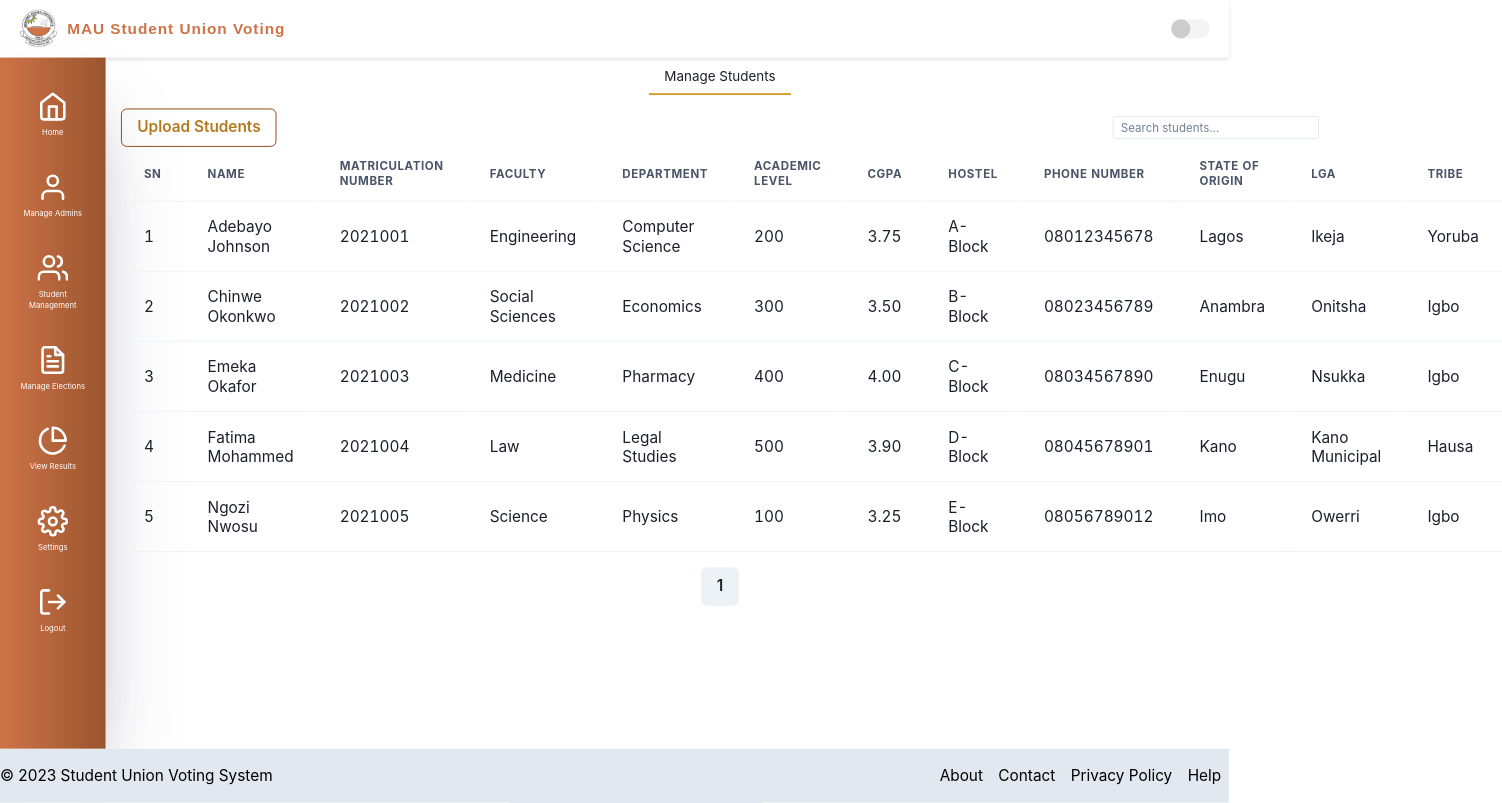
Repository: joena1o/e-vote
Page: /admin-dashboard/student-management
An editor plug-in stored every save of this project. The page is shown before and after the next save, followed by the edit.
The browser window is 1280 px wide. The page is 1565 px wide, then 1354 px, so the pictures cover 1565 px, including what lies to the right of the window. The pictures show the whole page, at 96% of full size.
The project was rebuilt for these pictures with package versions that can differ from the ones it lists, and the page was loaded fresh each time. Also part of the build but not shown: src/components/EnhancedLogin.js, src/components/maincontent/RegisterStudents/RegisterStudents.js, src/components/maincontent/ElectionResults/ViewResults.js, src/components/maincontent/ElectionResults/report.js, src/components/maincontent/ElectionResults/ViewElectionResults.js, src/components/maincontent/Settings/Settings.js, src/api/index.js, src/components/maincontent/home/Home.styles.js and 21 more.

Above is the page before, as saved 2023-12-13 11:47:07.

### src/index.js
import React from 'react';
import ReactDOM from 'react-dom/client';
import './index.css';
import App from './App';
import reportWebVitals from './reportWebVitals';
import Modal from 'react-modal';

// Set the app element for the modal for accessibility purposes
Modal.setAppElement('#root');

const root = ReactDOM.createRoot(document.getElementById('root'));
root.render(
  <React.StrictMode>
    <App />
  </React.StrictMode>
);

// If you want to start measuring performance in your app, pass a function
// to log results (for example: reportWebVitals(console.log))
// or send to an analytics endpoint. Learn more: https://bit.ly/CRA-vitals
reportWebVitals();

### src/App.js
import React from 'react';
import { BrowserRouter as Router, Routes, Route, Navigate } from 'react-router-dom';
import EnhancedLogin from './components/EnhancedLogin';
import AdminDashboard from './components/AdminDashboard';
import StudentDashboard from './components/StudentDashboard';
import { ChakraProvider, ColorModeProvider, Button, useColorMode } from '@chakra-ui/react';
import { Provider } from 'react-redux';
import store from './Redux/store';
import ElectionCommitteeDashboard from './components/maincontent/ElectionCommitteeDashboard';


// Component to toggle dark mode
function DarkModeToggle() {
  const { colorMode, toggleColorMode } = useColorMode();
  return (
    <Button onClick={toggleColorMode} position="fixed" m={4} zIndex={10}>
      Toggle {colorMode === 'light' ? 'Dark' : 'Light'}
    </Button>
  );
}

function App() {
  // Check if the current route is not the "/login" route, then render the DarkModeToggle
  // const isLoginPage = window.location.pathname === '/login';

  return (
    <Provider store={store}>
      <ChakraProvider>
        <ColorModeProvider options={{ useSystemColorMode: true }}>
          <Router>
            <Routes>
              {/* Define your routes */}
              <Route path="/login" element={<EnhancedLogin />} />
              <Route path="/admin-dashboard/*" element={<AdminDashboard />} />
              <Route path="/ElectionCommittee-dashboard/*" element={<ElectionCommitteeDashboard />} />
              <Route path='/student-dashboard/*' element={<StudentDashboard />} />
              {/* Redirect root to /admin-dashboard */}
              <Route path="/" element={<Navigate to="/admin-dashboard" replace />} />
            </Routes>
          </Router>
          {/* Render DarkModeToggle only if not on the "/login" page */}
          {/* {!isLoginPage && <DarkModeToggle />} */}
        </ColorModeProvider>
      </ChakraProvider>
    </Provider>
  );
}

export default App;

### src/components/AdminDashboard.js
// AdminDashboard.js
import React from 'react';
import { Routes, Route } from 'react-router-dom';
import StudentManagement from './maincontent/RegisterStudents/StudentManagement';
import ViewResults from './maincontent/ElectionResults/ViewElectionResults';
import Settings from './maincontent/Settings/Settings';
import Home from './maincontent/home/Home';
import ManageAdmin from './maincontent/ManageAdmins/ManageAdmins';
import ManageElections from './maincontent/ManageElections/ManageElections';
import Sidebar from './Sidebar';
import Navbar from './Navbar';
import Footer from './Footer';// Import the Footer component
import styled from 'styled-components';
import ElectionVotesLog from './maincontent/ElectionResults/report';


const Container = styled.div`
  display: flex;
  flex-direction: column;
  height: 100vh;
  width: 100%;
`;

const Content = styled.div`
  display: flex;
  flex: 1;
`;

const AdminDashboard = () => {
  return (
    <Container>
      <Navbar />
      <Content>
        <Sidebar />
        <Routes>
          <Route index element={<Home />} />
          <Route path="student-management" element={<StudentManagement />} />
          <Route path="view-results" element={<ViewResults />} />
          <Route path="settings" element={<Settings />} />
          <Route path="manage-admin" element={<ManageAdmin />} />
          <Route path="manage-elections" element={<ManageElections />} />
          <Route path="election-Results" element={<ElectionVotesLog />} />
        </Routes>
      </Content>
      <Footer />
    </Container>
  );
};

export default AdminDashboard;

### src/Redux/store.js
import { configureStore } from '@reduxjs/toolkit';
import electionReducer from './electionSlice';
import studentsReducer from './studentsSlice';
import candidatesReducer from './CandidateSlice'; // Import the candidates reducer

const store = configureStore({
  reducer: {
    elections: electionReducer,
    students: studentsReducer,
    candidates: candidatesReducer, // Add the candidates reducer here
  },
});

export default store;

### src/components/maincontent/RegisterStudents/StudentManagement.js
import React, { useState } from 'react';
import { Tabs, TabList, TabPanels, Tab, TabPanel, Box, Flex, Heading } from '@chakra-ui/react';
import ManageStudents from './ManageStudents';
import RegisterStudents from './RegisterStudents';

const StudentManagement = () => {
  const [activeTab, setActiveTab] = useState(0);

  const handleTabChange = (index) => {
    setActiveTab(index);
  };

  return (
    <Flex direction="column" align="center" w="100%" h="100vh"> {/* Set height to 100vh for full screen */}

      <Box w="100%" maxW="100%">
        <Tabs index={activeTab} onChange={handleTabChange} isLazy>
          <TabList display="flex" justifyContent="center" mx="auto" borderBottom="none">
            <Tab fontSize="sm" px={4} py={2} _selected={{ borderBottom: '2px solid', borderColor: 'yellow.500' }}>
              Manage Students
            </Tab>

          </TabList>
          <TabPanels>
            <TabPanel>
              <ManageStudents />
            </TabPanel>

          </TabPanels>
        </Tabs>
      </Box>
    </Flex>
  );
};

export default StudentManagement;

### src/components/Footer.js
import React from 'react';
import { Box, Flex, Text, Link } from '@chakra-ui/react';

const Footer = ({ colorMode }) => {
  const handleDownloadDocumentation = () => {

    const pdfUrl = '/path/to/your/documentation.pdf';

    //  anchor element that triggers  download
    const link = document.createElement('a');
    link.href = pdfUrl;
    link.download = 'documentation.pdf';
    link.click();
  };

    return (
      <Box as="footer" mt="auto" py={4} bg={colorMode === 'dark' ? 'gray.800' : 'gray.200'} color={colorMode === 'dark' ? 'white' : 'black'}>
        <Flex justify="space-between" align="center">
          <Text>&copy; 2023 Student Union Voting System</Text>
          <Flex>
            <Link mx={2} href="#about">
              About
            </Link>
            <Link mx={2} href="#contact">
              Contact
            </Link>
            <Link mx={2} href="#privacy">
              Privacy Policy
            </Link>
            <Link mx={2} onClick={handleDownloadDocumentation}>
              Help
            </Link>
          </Flex>
        </Flex>
      </Box>
    );
  };

  export default Footer;

### src/Redux/electionSlice.js
/*import { createSlice, createAsyncThunk } from '@reduxjs/toolkit';
import { API, graphqlOperation } from 'aws-amplify';
import { createElection as createElectionAPI } from '../graphql/mutations';

export const createElection = createAsyncThunk(
  'elections/createElection',
  async (election, { rejectWithValue }) => {
    try {
      const result = await API.graphql(graphqlOperation(createElectionAPI, { input: election }));
      return result.data.createElection;
    } catch (error) {
      return rejectWithValue(error);
    }
  }
);

const electionSlice = createSlice({
  name: 'elections',
  initialState: [],
  reducers: {},
  extraReducers: (builder) => {
    builder.addCase(createElection.fulfilled, (state, action) => {
      state.push(action.payload);
    });
  },
});

export default electionSlice.reducer;
*/

### src/Redux/studentsSlice.js
import { createSlice } from '@reduxjs/toolkit';

export const studentsSlice = createSlice({
  name: 'students',
  initialState: [],
  reducers: {
    addStudents: (state, action) => {
      // Add students to the Redux store
      action.payload.forEach(student => {
        state.push(student);
      });
    },
  },
});

export const { addStudents } = studentsSlice.actions;

export default studentsSlice.reducer;

### src/Redux/CandidateSlice.js

import { createSlice } from '@reduxjs/toolkit';

export const candidatesSlice = createSlice({
  name: 'candidates',
  initialState: [],
  reducers: {
    setCandidates: (state, action) => {
      return action.payload;
    },
  },
});

export const { setCandidates } = candidatesSlice.actions;
export default candidatesSlice.reducer;

### src/components/maincontent/RegisterStudents/ManageStudents.js
import React, { useEffect, useState } from 'react';
import { API } from 'aws-amplify';
import {
  Box,
  Table,
  Thead,
  Tbody,
  Tr,
  Th,
  Td,
  Input,
  useColorMode,
  Modal,
  ModalOverlay,
  ModalContent,
  ModalHeader,
  ModalFooter,
  ModalBody,
  ModalCloseButton,
  VStack,
  HStack,
  Button,
  ChakraProvider,
  SimpleGrid,
  Flex,
} from '@chakra-ui/react';
import { FiEye } from 'react-icons/fi';
import { toast } from 'react-toastify';
import 'react-toastify/dist/ReactToastify.css';

const ManageStudents = () => {
  const [students, setStudents] = useState([]);
  const [filteredStudents, setFilteredStudents] = useState([]);
  const [searchTerm, setSearchTerm] = useState('');
  const [sortField, setSortField] = useState(null);
  const [isModalOpen, setIsModalOpen] = useState(false);
  const [selectedFile, setSelectedFile] = useState(null);
  const [currentPage, setCurrentPage] = useState(1);
  const [studentsPerPage] = useState(5);

  const { colorMode } = useColorMode();

  const mockStudents = [
    {
      id: 1,
      name: 'Adebayo Johnson',
      matriculationNumber: '2021001',
      faculty: 'Engineering',
      department: 'Computer Science',
      level: '200',
      cgpa: '3.75',
      hostel: 'A-Block',
      phone: '08012345678',
      stateOfOrigin: 'Lagos',
      lga: 'Ikeja',
      tribe: 'Yoruba',
    },
    {
      id: 2,
      name: 'Chinwe Okonkwo',
      matriculationNumber: '2021002',
      faculty: 'Social Sciences',
      department: 'Economics',
      level: '300',
      cgpa: '3.50',
      hostel: 'B-Block',
      phone: '08023456789',
      stateOfOrigin: 'Anambra',
      lga: 'Onitsha',
      tribe: 'Igbo',
    },
    {
      id: 3,
      name: 'Emeka Okafor',
      matriculationNumber: '2021003',
      faculty: 'Medicine',
      department: 'Pharmacy',
      level: '400',
      cgpa: '4.00',
      hostel: 'C-Block',
      phone: '08034567890',
      stateOfOrigin: 'Enugu',
      lga: 'Nsukka',
      tribe: 'Igbo',
    },
    {
      id: 4,
      name: 'Fatima Mohammed',
      matriculationNumber: '2021004',
      faculty: 'Law',
      department: 'Legal Studies',
      level: '500',
      cgpa: '3.90',
      hostel: 'D-Block',
      phone: '08045678901',
      stateOfOrigin: 'Kano',
      lga: 'Kano Municipal',
      tribe: 'Hausa',
    },
    {
      id: 5,
      name: 'Ngozi Nwosu',
      matriculationNumber: '2021005',
      faculty: 'Science',
      department: 'Physics',
      level: '100',
      cgpa: '3.25',
      hostel: 'E-Block',
      phone: '08056789012',
      stateOfOrigin: 'Imo',
      lga: 'Owerri',
      tribe: 'Igbo',
    },
  ];

  const handleFileSelect = (e) => {
    const file = e.target.files[0];
    setSelectedFile(file);
  };

  const handleUpload = () => {
    if (!selectedFile) {
      toast.error('Please select a file before uploading.');
      return;
    }

    // Your file upload logic here

    toast.info('Students registered successfully!', { autoClose: 3000 });
  };

  useEffect(() => {
    // Fetch students from API
    const fetchStudents = async () => {
      try {
        // Replace 'yourApiName' and '/path-to-your-endpoint' with your actual API information
        const apiData = await API.get('yourApiName', '/path-to-your-endpoint');
        setStudents(apiData.students);
        setFilteredStudents(apiData.students);
      } catch (error) {
        console.error('Error fetching students:', error);
        toast.error('Failed to fetch students. Please try again.');
      }
    };

    // Uncomment the line below to fetch real data from the API
    // fetchStudents();

    // Use mock data for demonstration
    setStudents(mockStudents);
    setFilteredStudents(mockStudents);
  }, []);

  useEffect(() => {
    const results = students.filter((student) =>
      Object.values(student).some((value) =>
        value.toString().toLowerCase().includes(searchTerm.toLowerCase())
      )
    );
    if (!results.length) {
      toast.info('No students found.');
    }
    setFilteredStudents(results);
  }, [searchTerm, students]);

  const handleSort = (field) => {
    const sorted = [...filteredStudents].sort((a, b) =>
      a[field].toString().toLowerCase() > b[field].toString().toLowerCase() ? 1 : -1
    );
    setFilteredStudents(sorted);
    toast.info(`Sorted by ${field}.`);
  };

  const openModal = () => {
    setIsModalOpen(true);
  };

  const closeModal = () => {
    setIsModalOpen(false);
  };

  const indexOfLastStudent = currentPage * studentsPerPage;
  const indexOfFirstStudent = indexOfLastStudent - studentsPerPage;
  const currentStudents = filteredStudents.slice(indexOfFirstStudent, indexOfLastStudent);

  const paginate = (pageNumber) => setCurrentPage(pageNumber);

  return (
    <ChakraProvider>
      <Box>
        <HStack spacing={2} align="center" w="100">
          <Input
            type="file"
            accept=".csv"
            display="none"
            onChange={handleFileSelect}
            id="file-upload-input"
          />
          <label htmlFor="file-upload-input">
            <Button
              as="span"
              colorScheme="yellow"
              variant="ghost"
              border="1px solid #8B4513"
              onClick={handleUpload}
              cursor="pointer"
            >
              Upload Students
            </Button>
          </label>

          <Flex justifyContent="flex-end" flex="1">
            <Input
              type="text"
              placeholder="Search students..."
              value={searchTerm}
              onChange={(e) => setSearchTerm(e.target.value)}
              size="xs"
              ml="2"
              w="20%"
            />
          </Flex>
        </HStack>

        <Table variant="simple" fontFamily="body">
          <Thead>
            <Tr>
              <Th>SN</Th>
              <Th onClick={() => handleSort('name')}>Name</Th>
              <Th onClick={() => handleSort('matriculationNumber')}>Matriculation Number</Th>
              <Th onClick={() => handleSort('faculty')}>Faculty</Th>
              <Th onClick={() => handleSort('department')}>Department</Th>
              <Th onClick={() => handleSort('level')}>Academic Level</Th>
              <Th onClick={() => handleSort('cgpa')}>CGPA</Th>
              <Th onClick={() => handleSort('hostel')}>Hostel</Th>
              <Th onClick={() => handleSort('phone')}>Phone Number</Th>
              <Th onClick={() => handleSort('stateOfOrigin')}>State of Origin</Th>
              <Th onClick={() => handleSort('lga')}>LGA</Th>
              <Th onClick={() => handleSort('tribe')}>Tribe</Th>
            </Tr>
          </Thead>

          <Tbody>
            {currentStudents.map((student, index) => (
              <Tr key={student.id}>
                <Td>{indexOfFirstStudent + index + 1}</Td>
                <Td>{student.name}</Td>
                <Td>{student.matriculationNumber}</Td>
                <Td>{student.faculty}</Td>
                <Td>{student.department}</Td>
                <Td>{student.level}</Td>
                <Td>{student.cgpa}</Td>
                <Td>{student.hostel}</Td>
                <Td>{student.phone}</Td>
                <Td>{student.stateOfOrigin}</Td>
                <Td>{student.lga}</Td>
                <Td>{student.tribe}</Td>
              </Tr>
            ))}
          </Tbody>
        </Table>

        {/* Pagination */}
        <VStack mt={4}>
          <SimpleGrid columns={Math.ceil(filteredStudents.length / studentsPerPage)}>
            {Array.from({ length: Math.ceil(filteredStudents.length / studentsPerPage) }, (_, index) => (
              <Button key={index} onClick={() => paginate(index + 1)}>
                {index + 1}
              </Button>
            ))}
          </SimpleGrid>
        </VStack>

        <Modal isOpen={isModalOpen} onClose={closeModal} size="md">
          <ModalOverlay />
          <ModalContent>
            <ModalHeader>Manage Students</ModalHeader>
            <ModalCloseButton />
            <ModalBody>
              <VStack spacing={4}>
                <Box>
                  <h3>Student Details</h3>
                  {/* Include student details here */}
                </Box>
                <Box>
                  <h3>Actions</h3>
                  <Button colorScheme="blue" mr={3}>
                    Edit
                  </Button>
                  <Button colorScheme="red">Delete</Button>
                </Box>
              </VStack>
            </ModalBody>
            <ModalFooter>
              <Button colorScheme="yellow" onClick={closeModal}>
                Close
              </Button>
            </ModalFooter>
          </ModalContent>
        </Modal>
      </Box>
    </ChakraProvider>
  );
};

export default ManageStudents;

Loaded but not shown: public/index.html (common file); src/index.css (common file); src/reportWebVitals.js (common file); src/components/Sidebar.js (130 lines, source omitted); src/components/Navbar.js (92 lines, source omitted)

After the next save:
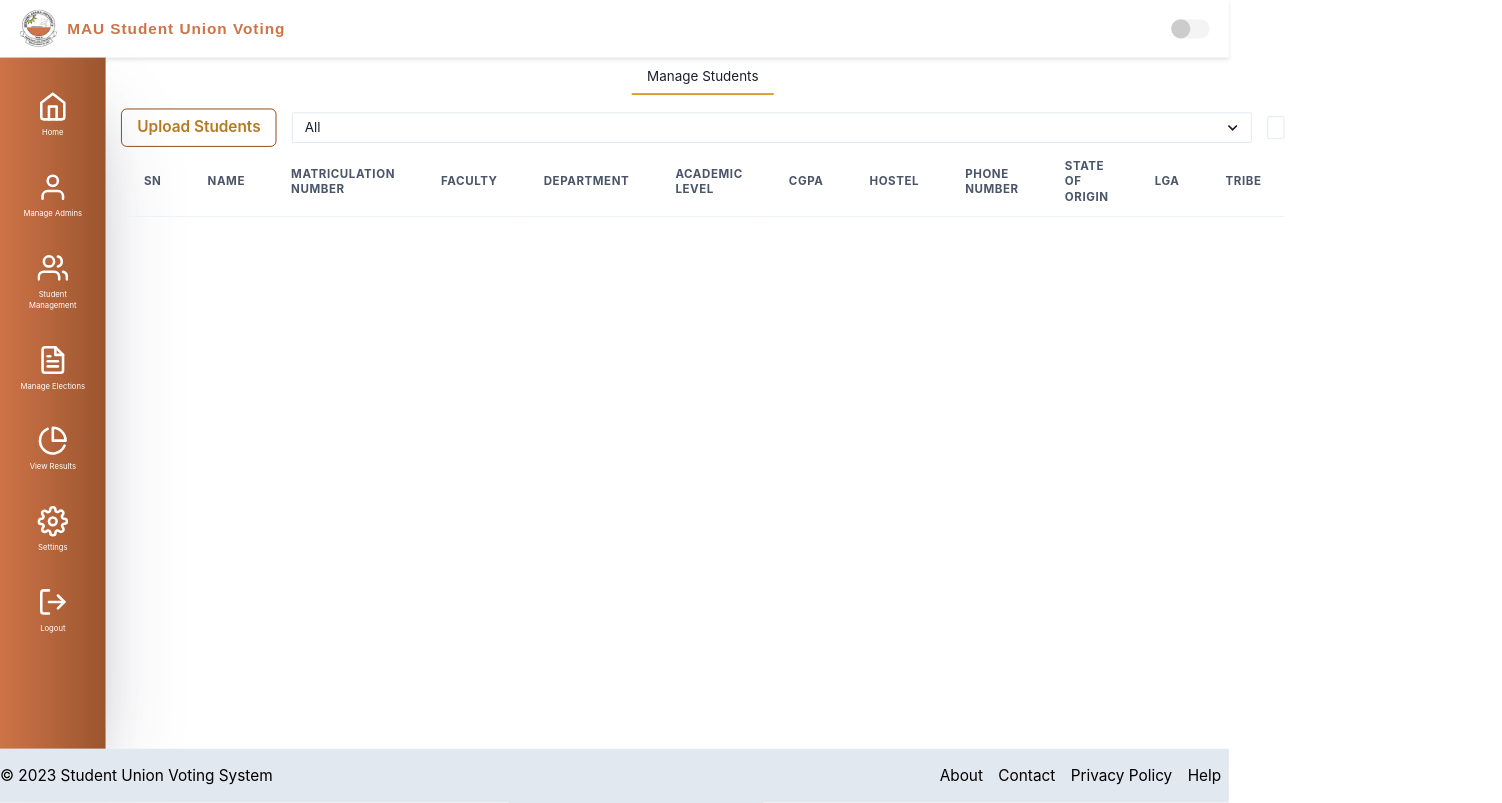
Saved 9 min 36 s later.
--- a/src/components/maincontent/RegisterStudents/ManageStudents.js
+++ b/src/components/maincontent/RegisterStudents/ManageStudents.js
@@ -23,6 +23,7 @@ import {
   ChakraProvider,
   SimpleGrid,
   Flex,
+  Select,
 } from '@chakra-ui/react';
 import { FiEye } from 'react-icons/fi';
 import { toast } from 'react-toastify';
@@ -37,80 +38,12 @@ const ManageStudents = () => {
   const [selectedFile, setSelectedFile] = useState(null);
   const [currentPage, setCurrentPage] = useState(1);
   const [studentsPerPage] = useState(5);
+  const [selectedFilter, setSelectedFilter] = useState('All'); // Initial filter value
 
   const { colorMode } = useColorMode();
 
   const mockStudents = [
-    {
-      id: 1,
-      name: 'Adebayo Johnson',
-      matriculationNumber: '2021001',
-      faculty: 'Engineering',
-      department: 'Computer Science',
-      level: '200',
-      cgpa: '3.75',
-      hostel: 'A-Block',
-      phone: '08012345678',
-      stateOfOrigin: 'Lagos',
-      lga: 'Ikeja',
-      tribe: 'Yoruba',
-    },
-    {
-      id: 2,
-      name: 'Chinwe Okonkwo',
-      matriculationNumber: '2021002',
-      faculty: 'Social Sciences',
-      department: 'Economics',
-      level: '300',
-      cgpa: '3.50',
-      hostel: 'B-Block',
-      phone: '08023456789',
-      stateOfOrigin: 'Anambra',
-      lga: 'Onitsha',
-      tribe: 'Igbo',
-    },
-    {
-      id: 3,
-      name: 'Emeka Okafor',
-      matriculationNumber: '2021003',
-      faculty: 'Medicine',
-      department: 'Pharmacy',
-      level: '400',
-      cgpa: '4.00',
-      hostel: 'C-Block',
-      phone: '08034567890',
-      stateOfOrigin: 'Enugu',
-      lga: 'Nsukka',
-      tribe: 'Igbo',
-    },
-    {
-      id: 4,
-      name: 'Fatima Mohammed',
-      matriculationNumber: '2021004',
-      faculty: 'Law',
-      department: 'Legal Studies',
-      level: '500',
-      cgpa: '3.90',
-      hostel: 'D-Block',
-      phone: '08045678901',
-      stateOfOrigin: 'Kano',
-      lga: 'Kano Municipal',
-      tribe: 'Hausa',
-    },
-    {
-      id: 5,
-      name: 'Ngozi Nwosu',
-      matriculationNumber: '2021005',
-      faculty: 'Science',
-      department: 'Physics',
-      level: '100',
-      cgpa: '3.25',
-      hostel: 'E-Block',
-      phone: '08056789012',
-      stateOfOrigin: 'Imo',
-      lga: 'Owerri',
-      tribe: 'Igbo',
-    },
+    // ... (existing mock data)
   ];
 
   const handleFileSelect = (e) => {
@@ -184,6 +117,14 @@ const ManageStudents = () => {
   const currentStudents = filteredStudents.slice(indexOfFirstStudent, indexOfLastStudent);
 
   const paginate = (pageNumber) => setCurrentPage(pageNumber);
+
+  // Filter students based on the selected criteria
+  const filteredStudentsByFilter = () => {
+    if (selectedFilter === 'All') {
+      return filteredStudents;
+    }
+    return filteredStudents.filter((student) => student.level === selectedFilter);
+  };
 
   return (
     <ChakraProvider>
@@ -209,6 +150,22 @@ const ManageStudents = () => {
             </Button>
           </label>
 
+          {/* Filter Dropdown */}
+          <Select
+            placeholder="Filter by Level"
+            value={selectedFilter}
+            onChange={(e) => setSelectedFilter(e.target.value)}
+            size="sm"
+            ml="2"
+          >
+            <option value="All">All</option>
+            <option value="100">100</option>
+            <option value="200">200</option>
+            <option value="300">300</option>
+            <option value="400">400</option>
+            <option value="500">500</option>
+          </Select>
+
           <Flex justifyContent="flex-end" flex="1">
             <Input
               type="text"
@@ -241,7 +198,7 @@ const ManageStudents = () => {
           </Thead>
 
           <Tbody>
-            {currentStudents.map((student, index) => (
+            {filteredStudentsByFilter().map((student, index) => (
               <Tr key={student.id}>
                 <Td>{indexOfFirstStudent + index + 1}</Td>
                 <Td>{student.name}</Td>
@@ -262,12 +219,15 @@ const ManageStudents = () => {
 
         {/* Pagination */}
         <VStack mt={4}>
-          <SimpleGrid columns={Math.ceil(filteredStudents.length / studentsPerPage)}>
-            {Array.from({ length: Math.ceil(filteredStudents.length / studentsPerPage) }, (_, index) => (
-              <Button key={index} onClick={() => paginate(index + 1)}>
-                {index + 1}
-              </Button>
-            ))}
+          <SimpleGrid columns={Math.ceil(filteredStudentsByFilter().length / studentsPerPage)}>
+            {Array.from(
+              { length: Math.ceil(filteredStudentsByFilter().length / studentsPerPage) },
+              (_, index) => (
+                <Button key={index} onClick={() => paginate(index + 1)}>
+                  {index + 1}
+                </Button>
+              )
+            )}
           </SimpleGrid>
         </VStack>
 
